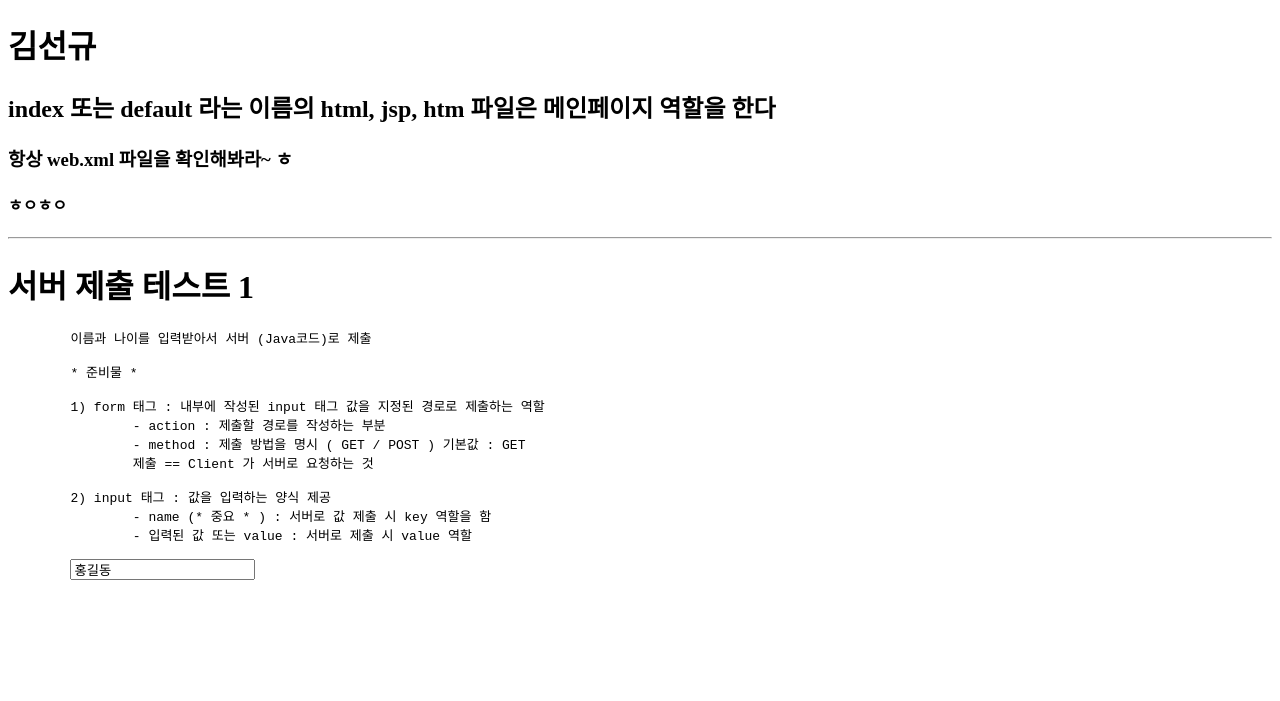
Repository: SeonKyuKimm/05_Server
Page: ServletProject/src/main/webapp/index.html
An editor plug-in stored every save of this project. The page is shown before and after the next save, followed by the edit.
The browser window is 1280 px wide. The pictures show the whole page.

Above is the page before, as saved 2024-03-21 02:41:03.

After the next save:
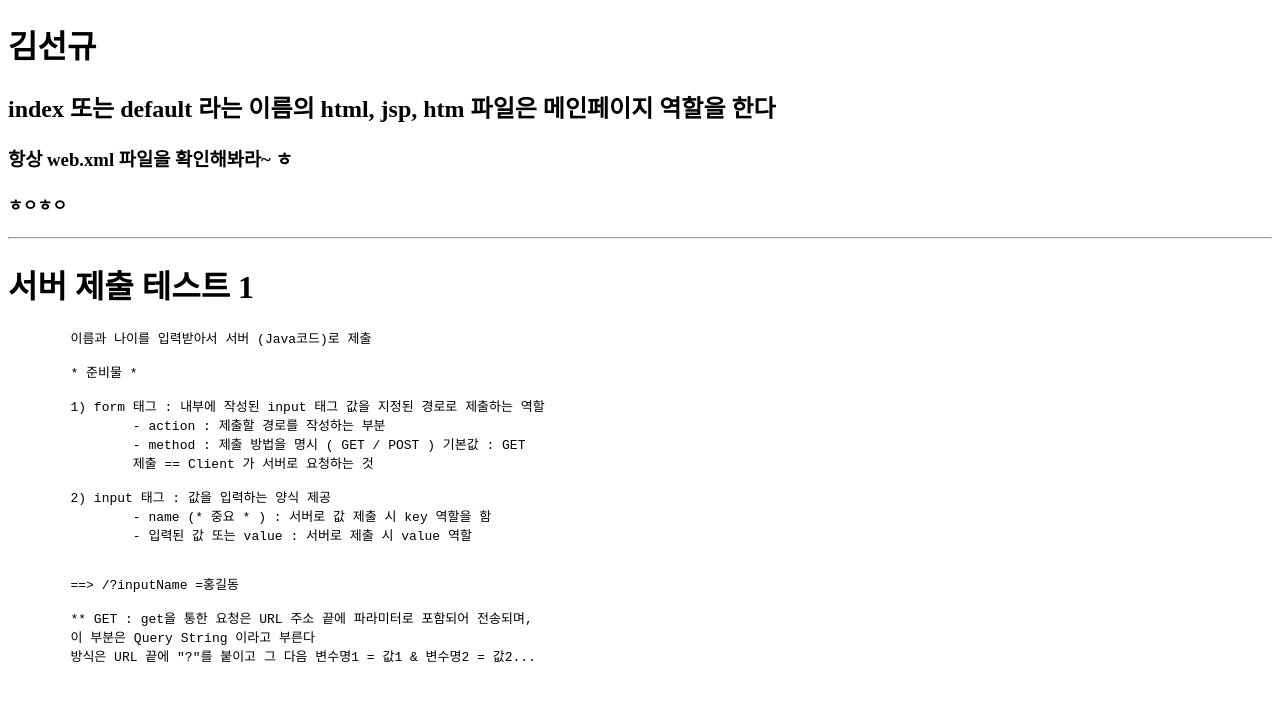
Saved 2 min 6 s later.
--- a/ServletProject/src/main/webapp/index.html
+++ b/ServletProject/src/main/webapp/index.html
@@ -29,7 +29,12 @@
     		- name (* 중요 * ) : 서버로 값 제출 시 key 역할을 함
     		- 입력된 값 또는 value : 서버로 제출 시 value 역할
 
-    	<input name="inputName" value="홍길동"/>
+    	<!-- < input name="inputName" value="홍길동"/>-->
+       	==> /?inputName =홍길동
+
+    	** GET : get을 통한 요청은 URL 주소 끝에 파라미터로 포함되어 전송되며,
+    	이 부분은 Query String 이라고 부른다
+    	방식은 URL 끝에 "?"를 붙이고 그 다음 변수명1 = 값1 & 변수명2 = 값2...
     </pre>
 
 </body>
